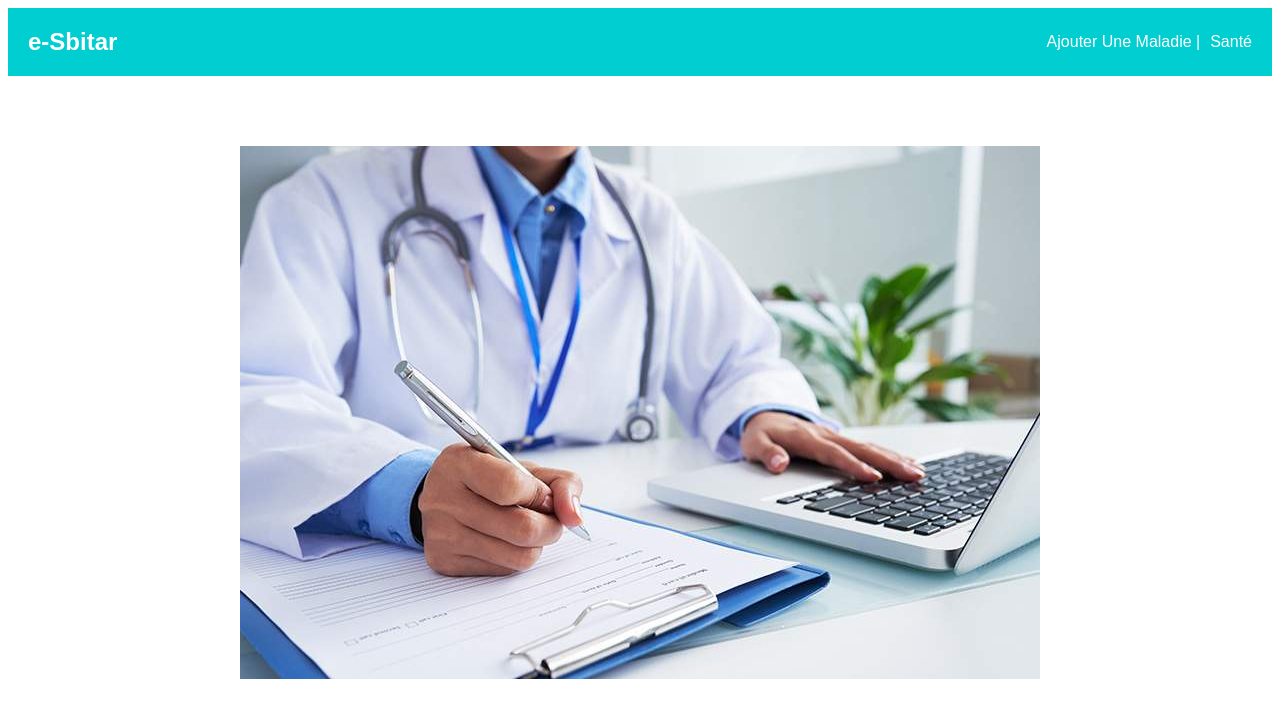
Repository: Sidel-malek/e-sbitar
Page: http://localhost/singup/
The author's editor kept a copy of each file at every save. The page is drawn from the files as they stood at one save, then again after the next save.
The browser window is 1280 px wide. The pictures show the whole page.
The page is served by Tomcat 9.

Above is the page before, as saved 2023-06-03 03:47:09.

After the next save:
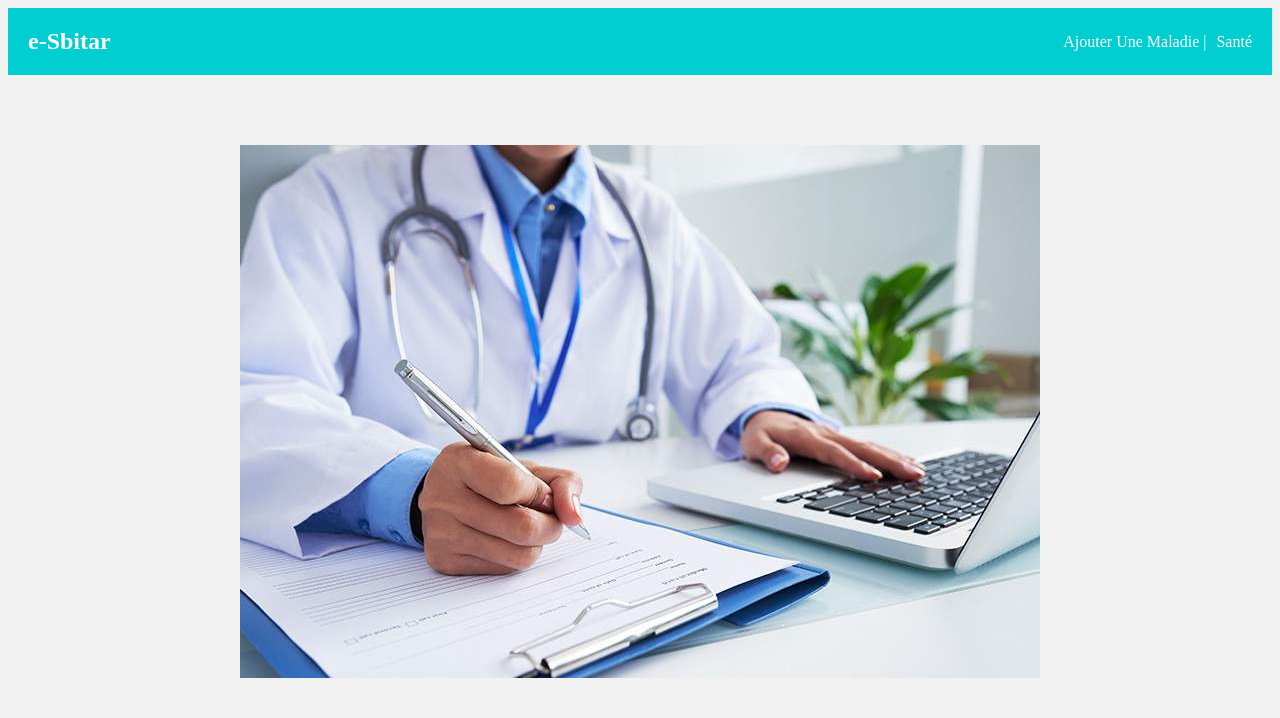
Saved 47 s later.
--- a/authentification/singup/src/main/webapp/index.jsp
+++ b/authentification/singup/src/main/webapp/index.jsp
@@ -7,7 +7,8 @@
     <style>
         body {
 
-            font-family: Arial, sans-serif;
+         background-color: #f1f1f1;
+
 
             text-align: center;
         }
